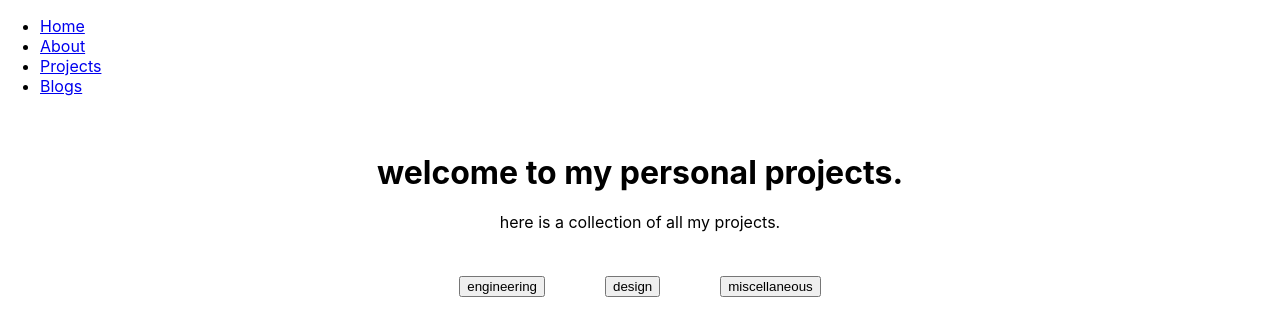
Repository: nicholaschen09/personalWebsite
Page: /projects
An editor plug-in stored every save of this project. The page is shown before and after the next save, followed by the edit.
The browser window is 1280 px wide. The pictures show the whole page.
The project was rebuilt for these pictures with package versions that can differ from the ones it lists, and the page was loaded fresh each time. Also part of the build but not shown: src/components/About.css, src/components/About.js, src/components/Home.js, src/components/Blog.css, src/components/Blog.js, src/components/Miscellaneous.css, src/components/Miscellaneous.js, src/components/Design.css and 3 more.

Above is the page before, as saved 2024-07-17 22:14:47.

### src/App.js
import React from 'react';
import { BrowserRouter as Router, Route, Routes, Link } from 'react-router-dom';
import About from './components/About.js';
import Home from './components/Home.js';
import Projects from './components/Projects.js';
import Blog from './components/Blog.js';
import Miscellaneous from './components/Miscellaneous.js';
import Design from './components/Design.js';
import Engineering from './components/Engineering.js';

function App() {
  return (
    <Router>
      <div>
        <nav>
          <ul>
            <li>
              <Link to="/">Home</Link>
            </li>
            <li>
              <Link to="/about">About</Link>
            </li>
            <li>
              <Link to="/projects">Projects</Link>
            </li>
            <li>
              <Link to="/blogs">Blogs</Link>
            </li>
          </ul>
        </nav>

        <Routes>
          <Route path="/about" element={<About />} />
          <Route path="/" element={<Home />} />
          <Route path="/projects" element={<Projects />} />
          <Route path="/blogs" element={<Blog />} />
          <Route path="/projects/miscellaneous" element={<Miscellaneous />} />
          <Route path="/projects/design" element={<Design />} />
          <Route path="/projects/engineering" element={<Engineering />} />
        </Routes>
      </div>
    </Router>
  );
}

export default App;

### src/components/Projects.js
import React from 'react';
import { Link } from 'react-router-dom';
import './Projects.css';

const Projects = () => {
    return (
        <div className="projects">
            <h1>welcome to my personal projects. </h1>
            <p>here is a collection of all my projects.</p>

            <Link to ="/projects/engineering"><button>engineering</button></Link>

            <Link to ="/projects/design"><button>design</button></Link>

            <Link to ="/projects/miscellaneous"><button>miscellaneous</button></Link>

        </div>
    );
};

export default Projects;

### src/components/Home.css
/* src/components/Home/Home.css */
.home {
    text-align: center;
    padding: 100px;
    width: 700px;
    margin-left: auto;
    margin-right: auto;
}
.DinnerImage {
    width: 70%;
    height: 70%;
    margin-left: auto;
    margin-right: auto;
    display: block;
}
p {
    line-height: 1;
}

### src/components/Projects.css
/* src/components//Home.css */
.projects {
    text-align: center;
    padding: 20px;
}

.projects button {
    margin: 30px;
}

Loaded but not shown: public/index.html (common file); src/index.js (common file); src/index.css (common file); src/reportWebVitals.js (common file)

After the next save:
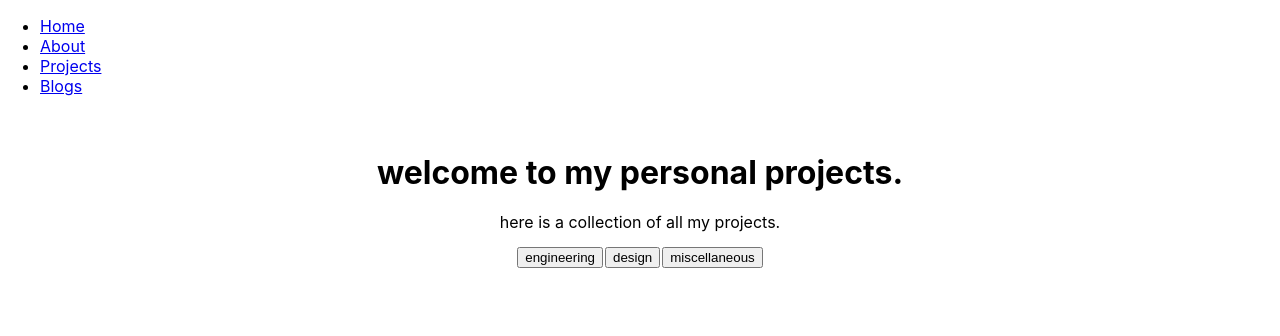
Saved 9 s later.
--- a/src/components/Projects.css
+++ b/src/components/Projects.css
@@ -5,5 +5,5 @@
 }
 
 .projects button {
-    margin: 30px;
+    margin: 1px;
 }
